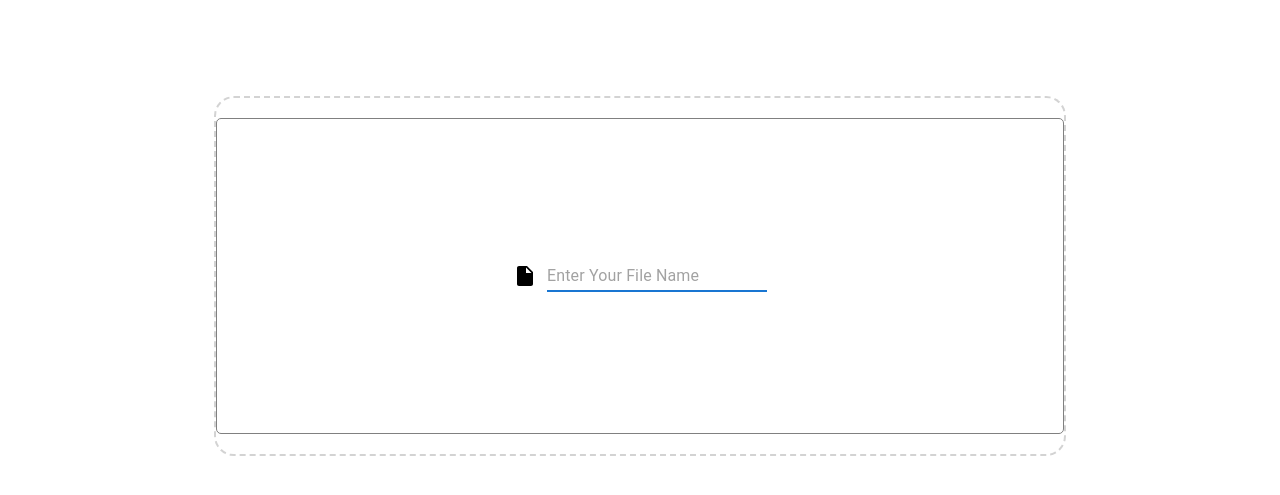
Repository: BhushanPatil-121/pdf-upload-nextjs
Page: /
The author's editor kept a copy of each file at every save. The page is drawn from the files as they stood at one save, then again after the next save.
The browser window is 1280 px wide. The pictures show the whole page.
The project was rebuilt for these pictures with package versions that can differ from the ones it lists, and the page was loaded fresh each time. The framework's server and built-in components were replaced by stand-ins that run in the browser. Also part of the build but not shown: next.config.mjs.

Above is the page before, as saved 2024-02-29 11:36:06.

### src/app/page.tsx
"use client"
import styles from "./page.module.css";
import { styled } from '@mui/material/styles';
import Button from '@mui/material/Button';
import CloudUploadIcon from '@mui/icons-material/CloudUpload';
import { useState } from 'react';
import { Alert, Box, Card, Container, Stack, TextField } from "@mui/material";
import InsertDriveFileIcon from '@mui/icons-material/InsertDriveFile';
import SendIcon from '@mui/icons-material/Send';
import LoadingButton from '@mui/lab/LoadingButton';
import { CloudDownload } from "@mui/icons-material";

const VisuallyHiddenInput = styled('input')({
  clip: 'rect(0 0 0 0)',
  clipPath: 'inset(50%)',
  height: 1,
  overflow: 'hidden',
  position: 'absolute',
  bottom: 0,
  left: 0,
  whiteSpace: 'nowrap',
  width: 1,
});

export default function Home() {
  const [loading, setLoading] = useState(false);
  const [uploading, setUploding] = useState(false);
  const [fileName, setFileName] = useState<string>("")
  const [defaultFileName, setDefaultFileName] = useState<string>("")
  const [file, setFile] = useState<string>("")
  function handleClick(e: any) {
    setLoading(true);
    setTimeout(() => setLoading(false), 3000);
    setTimeout(() => {
      setUploding(true)
      setFileName("")
      setFile("")
    }, 3000);
    setTimeout(() => setUploding(false), 6000);
    e.preventDefault();
    let formData = new FormData();
    formData.append('filename', fileName);
    formData.append('file', file);
    console.log(fileName, file);
  }
  return (
    <main className={styles.main}>
      <Container maxWidth="md">
        <Box  className={styles.mainContainer }
        sx={{  height: '50vh' }}>
           <div className={styles.mainFormContainer}>
           <div className={styles.mainFormSubContainer1}>
              <InsertDriveFileIcon />
              <Box >
              <TextField
                id="standard-basic"
                fullWidth
                placeholder="Enter Your File Name"
                value={fileName}
                autoFocus
                onChange={(e) => { setFileName(e.target.value) }}
                variant="standard" />
              </Box>
            </div>
            </div>
        </Box>
      </Container>
    </main>
  );
}

### src/app/globals.css


* {
  box-sizing: border-box;
  padding: 0;
  margin: 0;
}

html,
body {
  max-width: 100vw;
  overflow-x: hidden;
}


a {
  color: inherit;
  text-decoration: none;
}

### src/app/page.module.css
.main {
  display: flex;
  flex-direction: column;
  justify-content: start;
  gap: 20px;
  align-items: center;
  padding: 6rem 0;
  min-height: 100vh;
}

.mainContainer {
  display: flex;
  flex-direction: column;
  justify-content: center;
  align-items: center;
  border-radius: 20px;
  border: dashed 2px lightgrey;
}

.mainHeading {
  color: grey;
}

.mainForm {
  display: flex;
  flex-direction: column;
  align-items: center;
  justify-content: center;
  width: 100%;
  padding: 10px;
  border-radius: 10px;
}

.mainFormContainer {
  display: flex;
  flex-direction: column;
  align-items: center;
  justify-content: center;
  width: 100%;
  height: 100%;
  border: 1px solid grey;
  border-radius: 5px;
  padding: 10px;
  gap: 10px;
  margin: 20px;
}

.mainFormSubContainer1 {
  display: flex;
  flex-direction: row;
  align-items: center;
  justify-content: center;
  gap: 10px;
  width: 100%;
}

.mainFormSubContainer2 {
  display: flex;
  flex-direction: row;
  align-items: center;
  justify-content: space-evenly;
  gap: 10px;
  width: 100%;

}

Loaded but not shown: src/app/layout.tsx (common file)

After the next save:
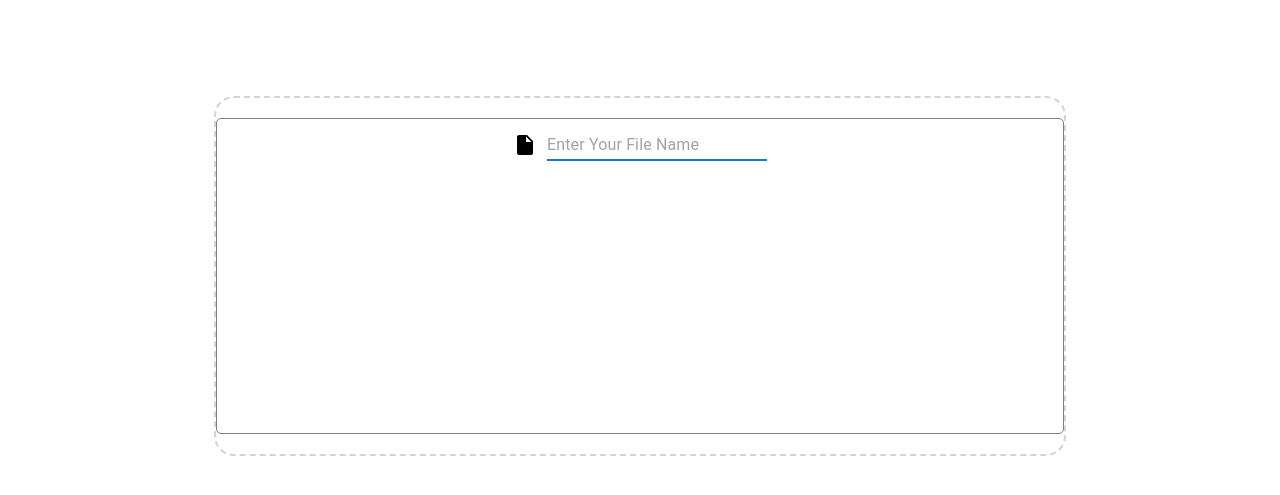
Saved 35 s later.
--- a/src/app/page.tsx
+++ b/src/app/page.tsx
@@ -48,7 +48,7 @@ export default function Home() {
       <Container maxWidth="md">
         <Box  className={styles.mainContainer }
         sx={{  height: '50vh' }}>
-           <div className={styles.mainFormContainer}>
+           <Container className={styles.mainFormContainer}>
            <div className={styles.mainFormSubContainer1}>
               <InsertDriveFileIcon />
               <Box >
@@ -62,7 +62,7 @@ export default function Home() {
                 variant="standard" />
               </Box>
             </div>
-            </div>
+            </Container>
         </Box>
       </Container>
     </main>
